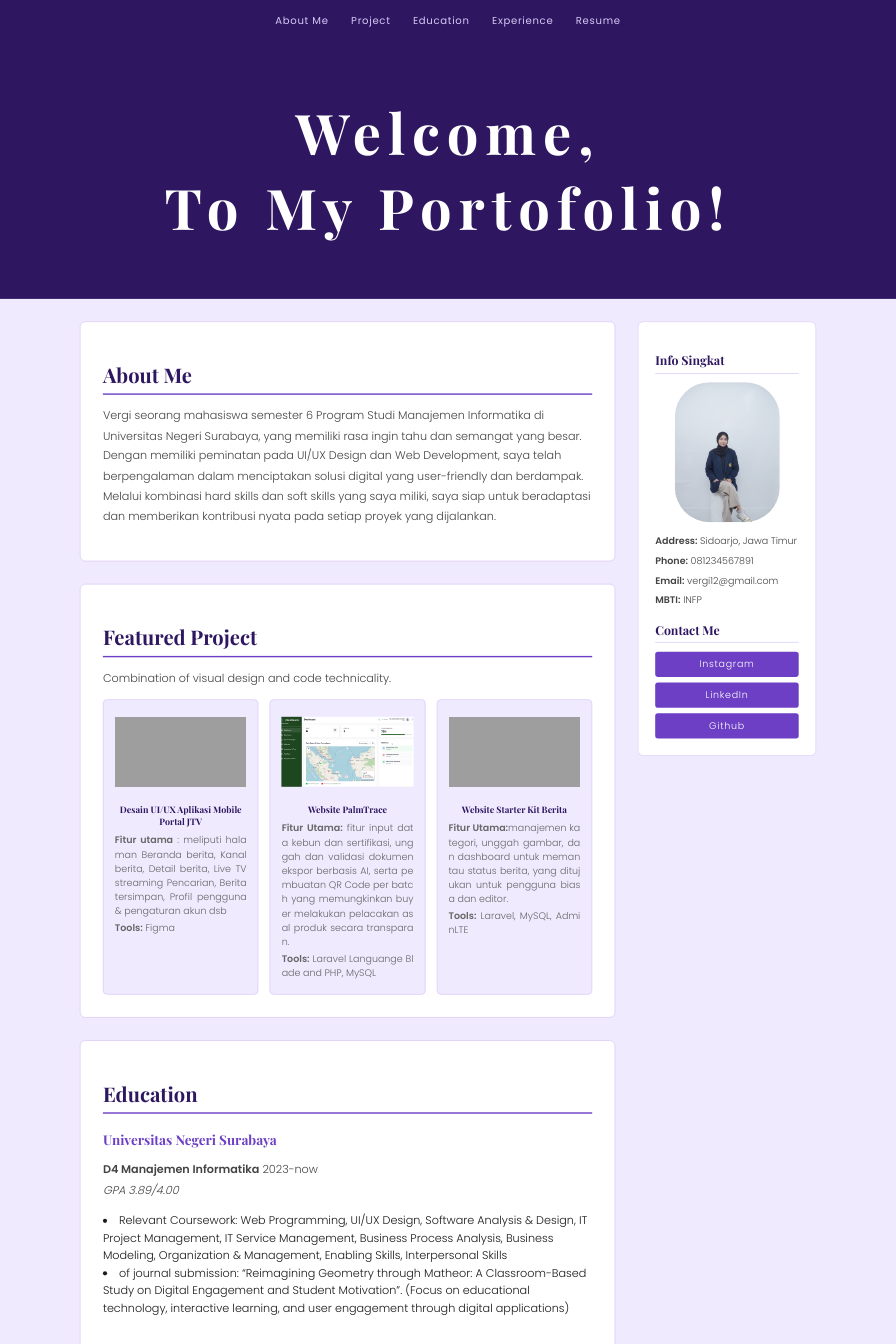
Repository: VergiMutiaRahmasyani/Website-Portofolio
Page: index.html
The author's editor kept a copy of each file at every save. The page is drawn from the files as they stood at one save, then again after a run of saves.
The browser window is 1280 px wide. The pictures show the part of the page from y = 0 to 1920 px (the page is 2803 px tall), at 70% of full size.
Pictures or frames that could not be fetched are drawn as grey boxes.

Above is the page before, as saved 2026-03-07 16:01:16.

After the next 2 saves:
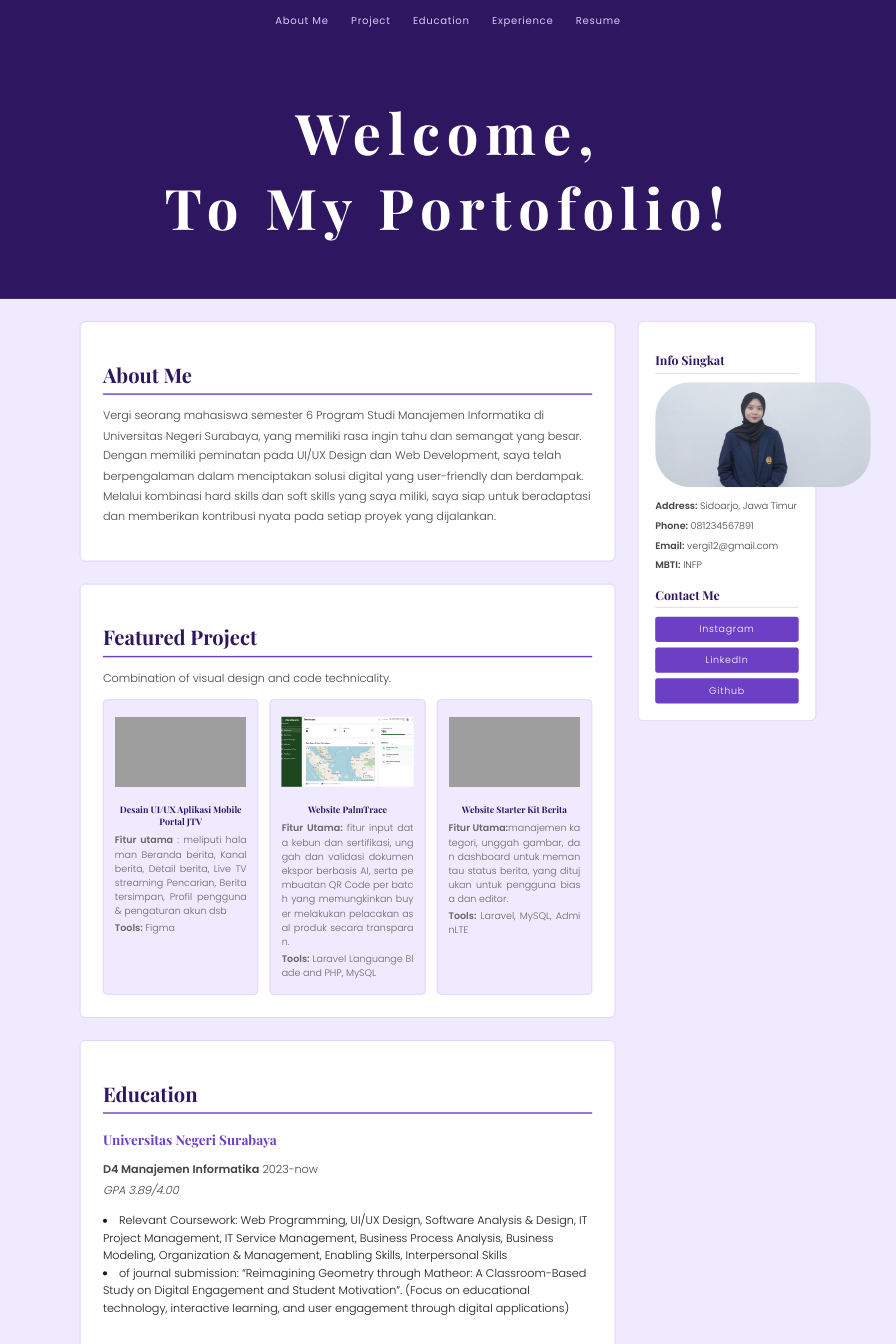
The 2 saves are shown as one change because they came seconds apart.
The last was saved 13 s later.
--- a/css/style.css
+++ b/css/style.css
@@ -229,8 +229,7 @@ aside h3 {
 
 .aside-img {
     width: 150%;
-    width: 150px;
-    height: 200px;
+    height: 150px;
     object-fit: cover;
     object-position: center;
     display: block;
